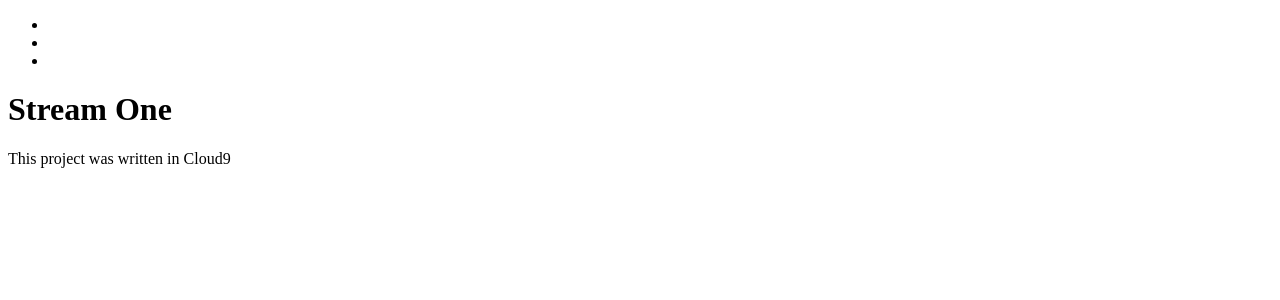
Repository: jfogarty23561/my-first-website
Page: stream-one.html
The author's editor kept a record of every edit. The page is drawn from the files as they stood at one moment, then again after the next edit.
The browser window is 1280 px wide. The pictures show the whole page.

Above is the page before.

### stream-one.html
<!DOCTYPE html>
<html>
    <head>
        <title>

        </title>
    </head>

    <body>
        <nav>
            <ul>
                <li><a href="stream-one.html"></a></li>
                <li><a href="stream-two.html"></a></li>
                <li><a href="Stream-three.html"></a></li>
            </ul>
        </nav>
        <h1>Stream One</h1>
        <p>This project was written in Cloud9</p>
    </body>
</html>

After the next edit:
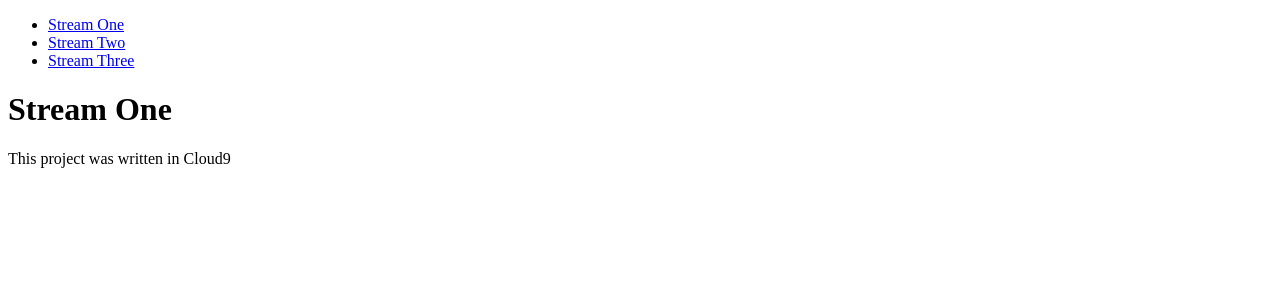
The edit:
--- a/stream-one.html
+++ b/stream-one.html
@@ -9,9 +9,9 @@
     <body>
         <nav>
             <ul>
-                <li><a href="stream-one.html"></a></li>
-                <li><a href="stream-two.html"></a></li>
-                <li><a href="Stream-three.html"></a></li>
+                <li><a href="stream-one.html">Stream One</a></li>
+                <li><a href="stream-two.html">Stream Two</a></li>
+                <li><a href="stream-three.html">Stream Three</a></li>
             </ul>
         </nav>
         <h1>Stream One</h1>
